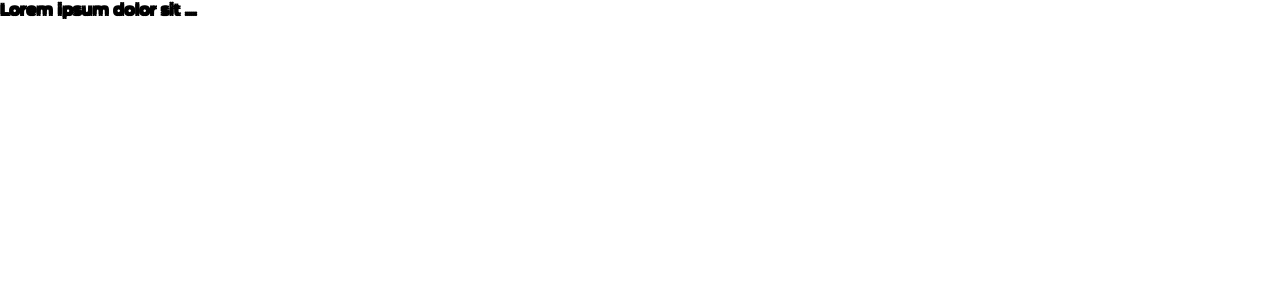
Repository: tranvantai2905/likelion
Page: WEEK-1/BUOI-5/bai_tap_7_tran_van_tai/index.html
The author's editor kept a copy of each file at every save. The page is drawn from the files as they stood at one save, then again after the next save.
The browser window is 1280 px wide. The pictures show the whole page.

Above is the page before, as saved 2024-06-21 10:21:27.

### WEEK-1/BUOI-5/bai_tap_7_tran_van_tai/index.html
<!DOCTYPE html>
<html lang="en">
  <head>
    <meta charset="UTF-8" />
    <meta name="viewport" content="width=device-width, initial-scale=1.0" />
    <title>Document</title>
    <link rel="preconnect" href="https://fonts.googleapis.com" />
    <link rel="preconnect" href="https://fonts.gstatic.com" crossorigin />
    <link
      href="https://fonts.googleapis.com/css2?family=Montserrat:ital,wght@0,100..900;1,100..900&display=swap"
      rel="stylesheet"
    />
    <link rel="stylesheet" href="style.css" />
  </head>
  <body>
    <main>
      <section>
        <p class="momterrat">
          Lorem ipsum dolor sit amet consectetur adipisicing elit. Beatae quasi
          neque natus odit, nobis rem. Nostrum autem consequuntur quasi nam modi
          inventore optio ut tenetur obcaecati sed, blanditiis tempora commodi!
        </p>
      </section>
    </main>
  </body>
</html>

### WEEK-1/BUOI-5/bai_tap_7_tran_van_tai/style.css
*, *::after, *::before {
  padding: 0px;
  margin: 0px;
}

body {
  font-family: "Montserrat", sans-serif;
  font-optical-sizing: auto;
  font-weight: 600;
  font-style: normal;
}

p{
    width: 200px;
    white-space: nowrap;
    overflow: hidden;
    text-overflow: ellipsis;
    /* -webkit-text-stroke: 1px red; */
    text-shadow:
    -1px -1px 0 #000,
    1px -1px 0 #000,
    -1px 1px 0 #000,
    1px 1px 0 #000;
}

After the next save:
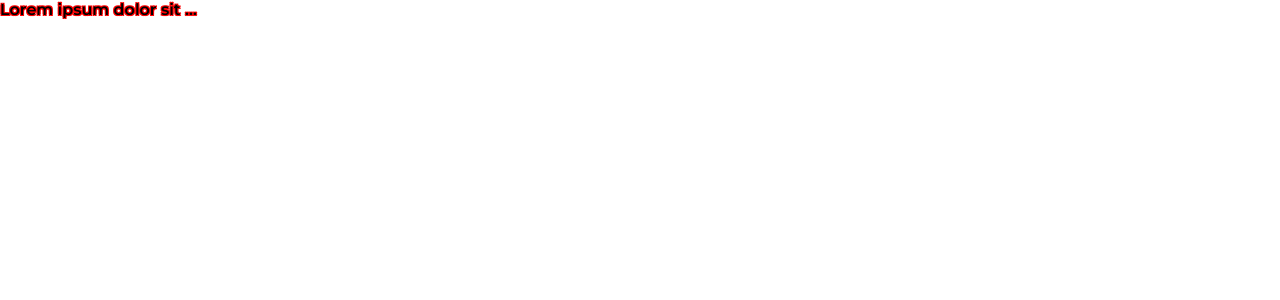
Saved 55 s later.
--- a/WEEK-1/BUOI-5/bai_tap_7_tran_van_tai/style.css
+++ b/WEEK-1/BUOI-5/bai_tap_7_tran_van_tai/style.css
@@ -17,8 +17,8 @@ p{
     text-overflow: ellipsis;
     /* -webkit-text-stroke: 1px red; */
     text-shadow:
-    -1px -1px 0 #000,
-    1px -1px 0 #000,
-    -1px 1px 0 #000,
-    1px 1px 0 #000;
+    -1px -1px 0 red,
+    1px -1px 0 red,
+    -1px 1px 0 red,
+    1px 1px 0 red;
 }
